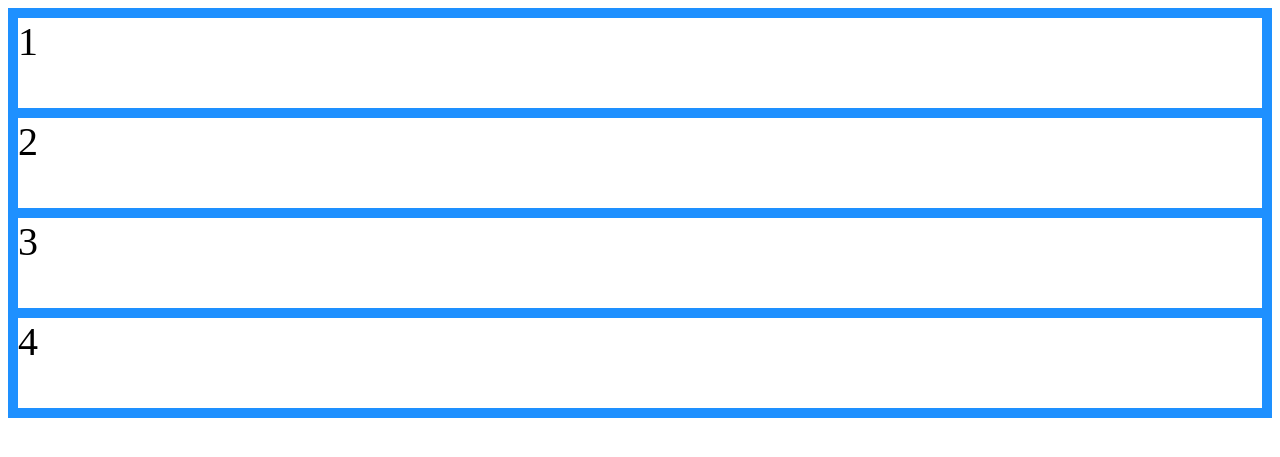
Repository: eversonps/flexbox-grid-css
Page: flexbox/flexbox3.html
These files come from the project's save history. The page is drawn as it stood at one moment and after the next save; the edit follows.
The browser window is 1280 px wide. The pictures show the whole page.

Above is the page before, as saved 2022-03-23 15:56:09.

### flexbox/flexbox3.html
<!DOCTYPE html>
<html>

<head>
    <meta charset="UTF-8">
    <title>Flexbox #03</title>
    <style>
        div {
            border: solid 5px dodgerblue;
            font-size: 40px;
        }

        .flex-container div {
            box-sizing: border-box;
        }

        .flex-container{
            display: flex;
            flex-direction: column;
        }

        .flex-container div{
            flex-basis: 100px;
            justify-content: center;
        }
    </style>
</head>

<body>
    <div class="flex-container">
        <div>1</div>
        <div>2</div>
        <div>3</div>
        <div>4</div>
    </div>
</body>

</html>

After the next save:
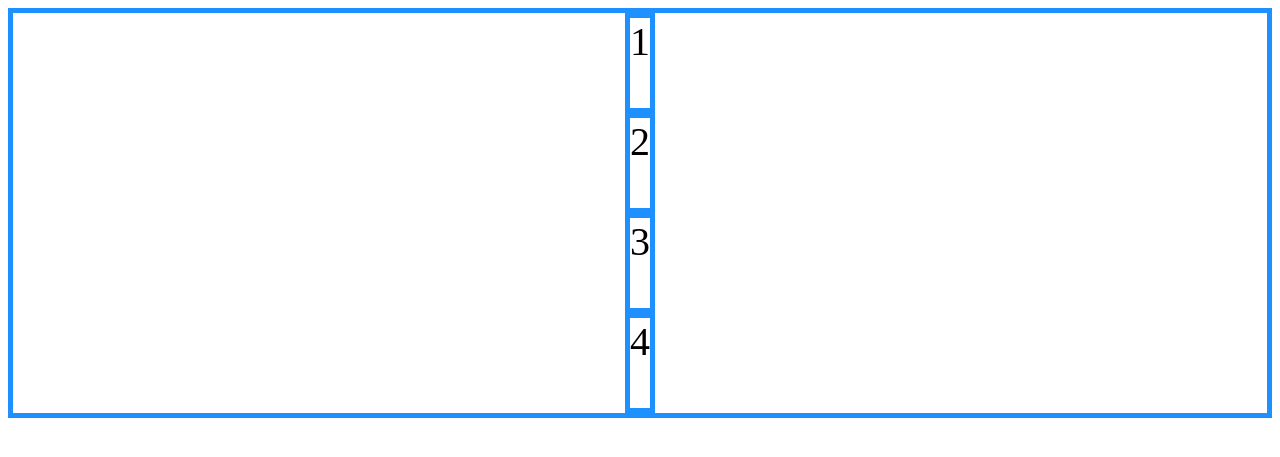
Saved 37 s later.
--- a/flexbox/flexbox3.html
+++ b/flexbox/flexbox3.html
@@ -21,7 +21,7 @@
 
         .flex-container div{
             flex-basis: 100px;
-            justify-content: center;
+            align-self: center;
         }
     </style>
 </head>

After the save that followed:
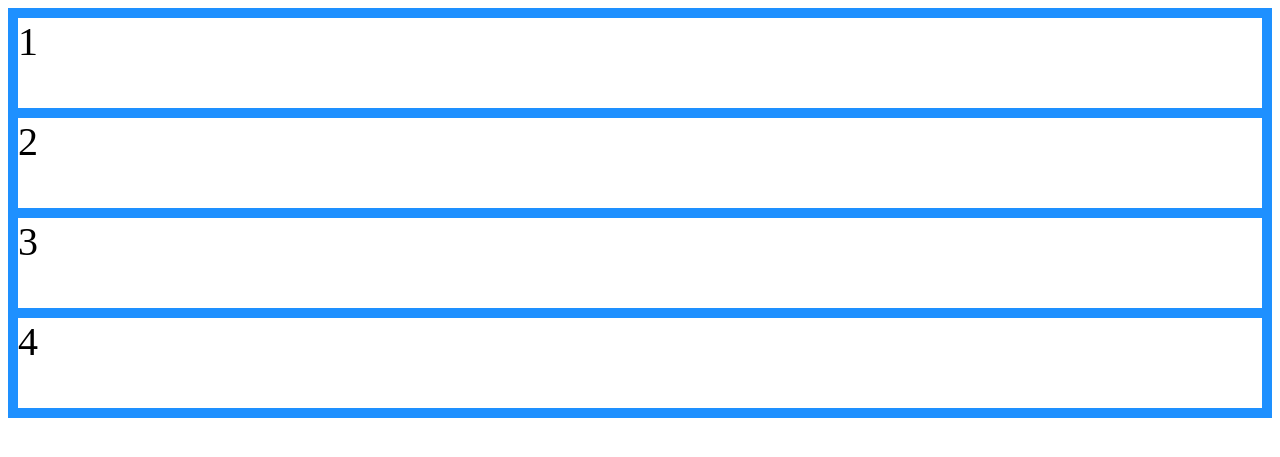
Saved 9 s later.
--- a/flexbox/flexbox3.html
+++ b/flexbox/flexbox3.html
@@ -21,7 +21,6 @@
 
         .flex-container div{
             flex-basis: 100px;
-            align-self: center;
         }
     </style>
 </head>
